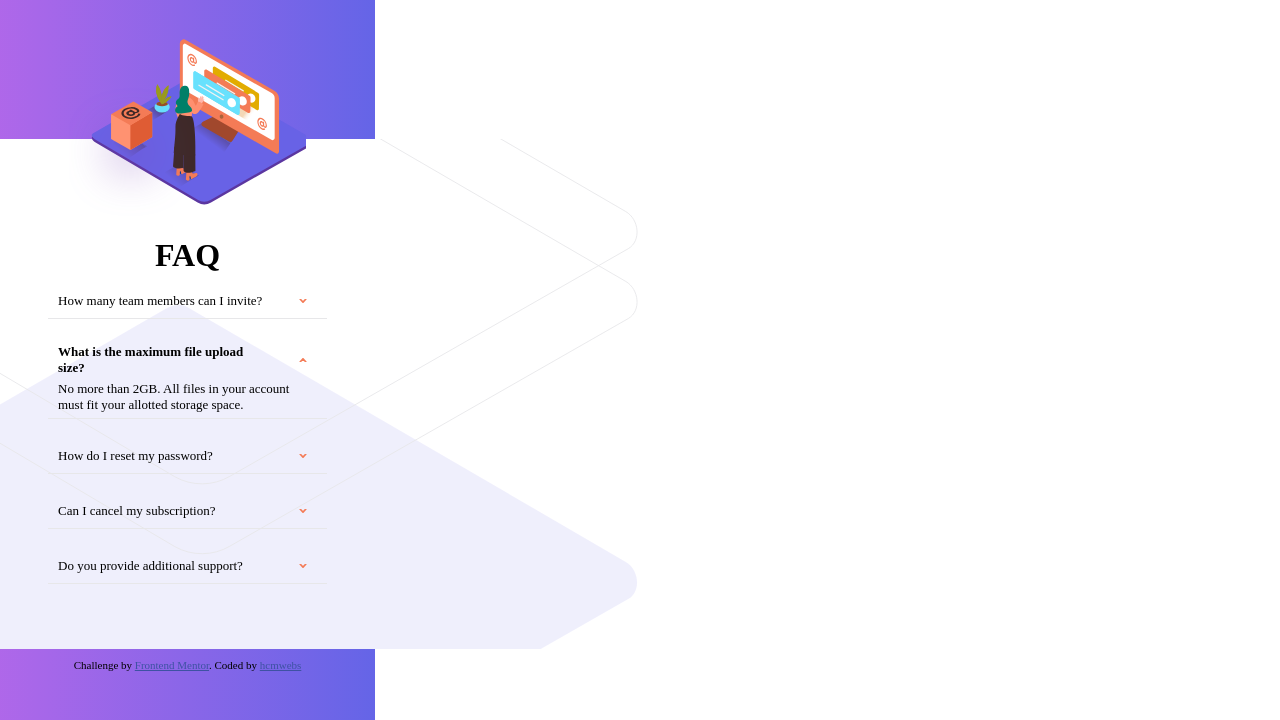
Repository: Hcmwebs/faq-accordion-card
Page: index.html
The author's editor kept a copy of each file at every save. The page is drawn from the files as they stood at one save, then again after the next save.
The browser window is 1280 px wide. The pictures show the whole page.
The style sheet was rebuilt from its Sass, Less or Tailwind sources for each picture, by a compiler version that may differ from the author's.

Above is the page before, as saved 2020-11-06 13:36:09.

After the next save:
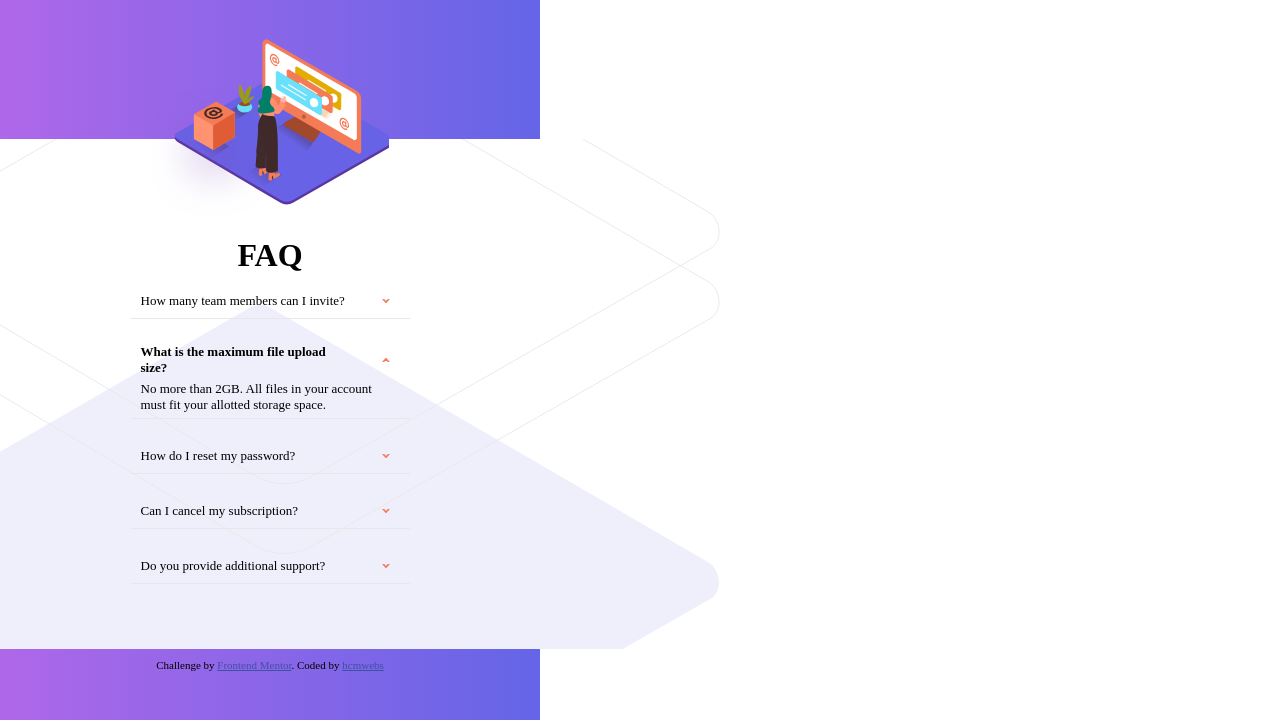
Saved 55 s later.
--- a/scss/_medias.scss
+++ b/scss/_medias.scss
@@ -3,7 +3,7 @@
 
 @media(max-width: 1440px){
   .container{
-    width: 1440px;
+    min-width: 540px;
 
     .card{
       width:900px ;

After the save that followed:
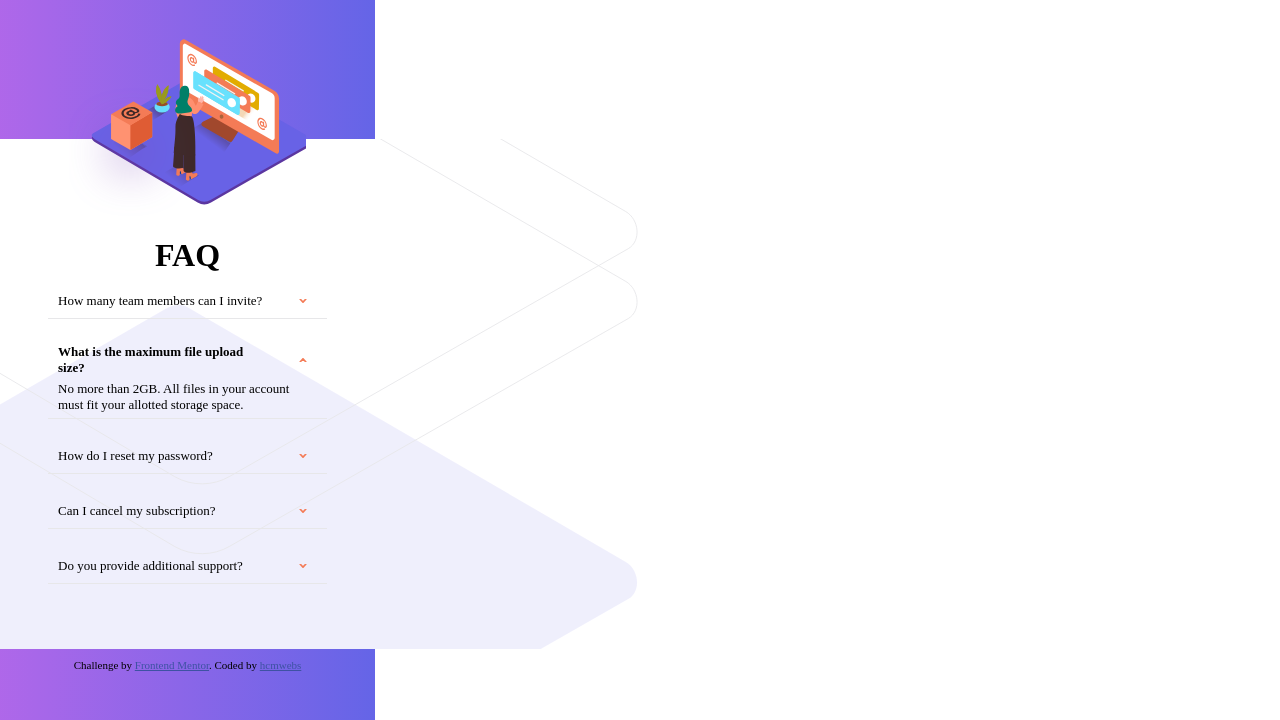
Saved 96 s later.
--- a/scss/_medias.scss
+++ b/scss/_medias.scss
@@ -1,9 +1,9 @@
 
 /*====Desktop: 1440px;====*/
 
-@media(max-width: 1440px){
+@media(min-width: 800px){
   .container{
-    min-width: 540px;
+    width: 1440px;
 
     .card{
       width:900px ;
